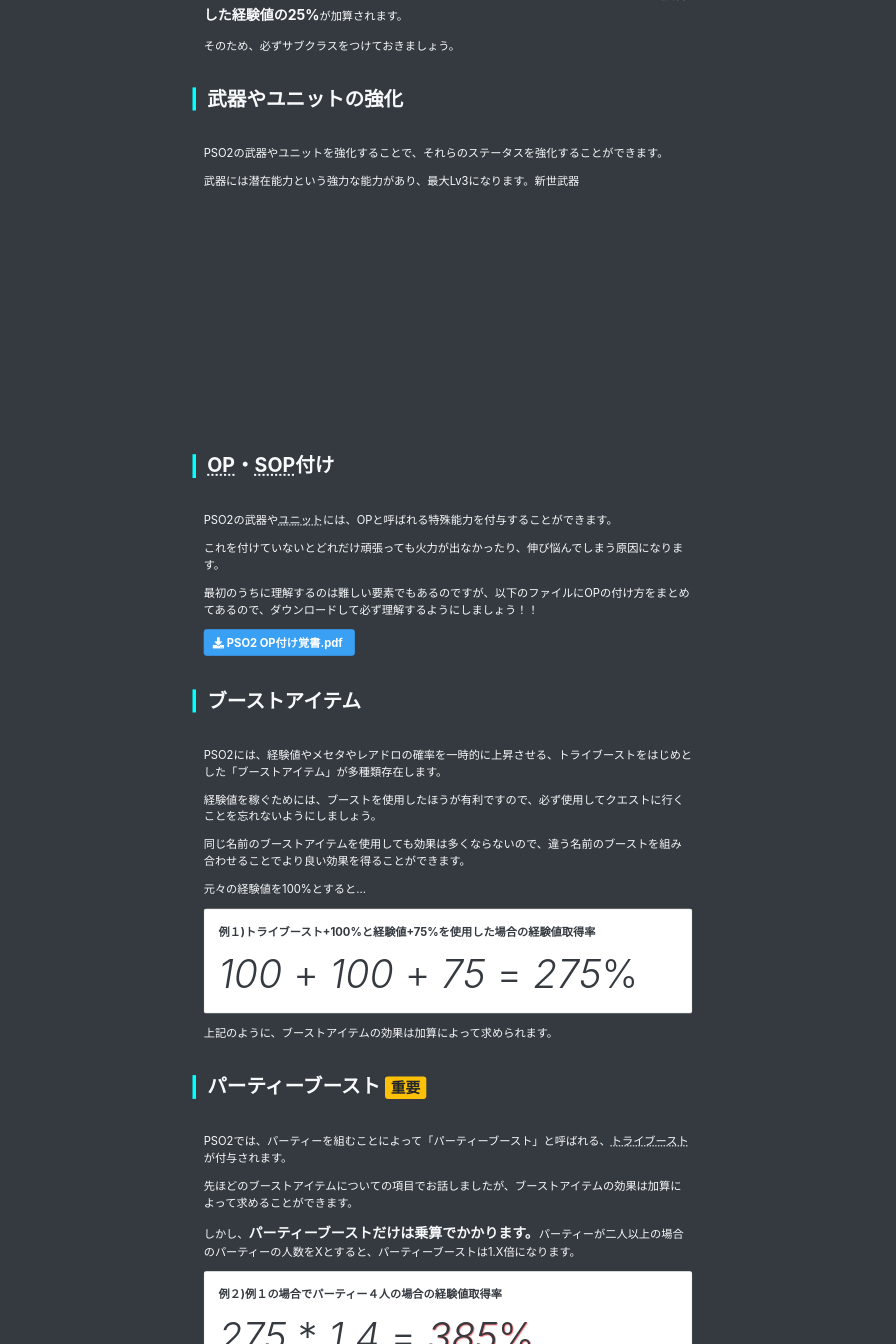
Repository: milkyahonpo/Website_source
Page: docs/capture.html
The author's editor kept a copy of each file at every save. The page is drawn from the files as they stood at one save, then again after the next save.
The browser window is 1280 px wide. The pictures show the part of the page from y = 2957 to 4877 px (the page is 10240 px tall before and 10264 px after), at 70% of full size.
Pictures or frames that could not be fetched are drawn as grey boxes. Some web libraries are served in a nearby version.

Above is the page before, as saved 2020-02-03 09:56:57.

### docs/capture.html
<!DOCTYPE html>
<html lang="ja">
  <head>
    <!-- Required meta tags -->
    <meta charset="utf-8">
    <meta name="viewport" content="width=device-width, initial-scale=1, shrink-to-fit=no">
    <!-- Bootstrap CSS -->
    <link rel="stylesheet" href="https://stackpath.bootstrapcdn.com/bootstrap/4.3.1/css/bootstrap.min.css" integrity="sha384-ggOyR0iXCbMQv3Xipma34MD+dH/1fQ784/j6cY/iJTQUOhcWr7x9JvoRxT2MZw1T" crossorigin="anonymous">
    <!-- My CSS -->
    <link rel="stylesheet" href="css/capture.css">
    <!-- favicon -->
    <link rel="shortcut icon" href="img/favicon.ico">
    <!-- Font Awesome -->
    <link href="https://use.fontawesome.com/releases/v5.6.1/css/all.css" rel="stylesheet">
    <!-- Google Fonts -->
    <link href="https://fonts.googleapis.com/css?family=Titillium+Web&display=swap" rel="stylesheet">

    <title>みるく屋本舗 - 攻略本 -</title>
  </head>

  <body>
  <!-- Navigation -->
  <nav class="navbar navbar-expand-lg navbar-light fixed-top py-3" id="mainNav">
    <div class="container">
      <a class="navbar-brand" href="index.html">
        <img src="./img/logo.png" width="50" height="50" alt="">
        <b>みるく屋本舗</b>
      </a>
      <button class="navbar-toggler navbar-togglar-right" type="button" data-toggle="collapse" data-target="#navbarResponsive" aria-controls="navbarResponsive" aria-expanded="false" aria-label="Toggle navigation">
        <span class="navbar-toggler-icon"></span>
      </button>
      <div class="collapse navbar-collapse" id="navbarResponsive">
        <ul class="navbar-nav ml-auto my-2 my-lg-0">
          <li class="nav-item">
            <a class="nav-link js-scroll-trigger" href="#basic">基礎知識</a>
          </li>
          <li class="nav-item">
            <a class="nav-link js-scroll-trigger" href="#lv1-50">Lv01～Lv50</a>
          </li>
          <li class="nav-item">
            <a class="nav-link js-scroll-trigger" href="#lv51-75">Lv51～Lv75</a>
          </li>
          <li class="nav-item">
            <a class="nav-link js-scroll-trigger" href="#lv76-80">Lv76～Lv80</a>
          </li>
          <li class="nav-item">
            <a class="nav-link js-scroll-trigger" href="#lv81-90">Lv81～Lv90</a>
          </li>
        </ul>
      </div>
    </div>
  </nav>
  <!-- About Section -->
  <section class="page-section h-100 bg-dark text-light">
    <div class="container h-100">
      <div class="row h-100 justify-content-center align-items-center">
        <div class="col-lg-8">
          <h2 class="display-1 mt-0 font-weight-bold text-center"><span style="color: cyan;">攻</span>略本</h2>
          <hr class="divider my-4">
          <p class="lead text-center">チムメンに役立つ育成情報を掲載します！</p>
          <p class="text-center"><small>最終更新 : 2020/01/23</small></p>
        </div>
      </div>
    </div>
  </section>

  <div class="page-section bg-dark text-light">
    <div class="container">
      <div class="row py-5 justify-content-center" id="basic">
        <div class="col-md-8">
          <h2 class="font-weight-bold">基礎知識</h2>
          <h3 class="my-5 pl-3"><strong class="font-weight-bold">メインクラスとサブクラス</strong></h3>
          <div class="px-3">
            <div>
              PSO2には「メインクラス」と「サブクラス」があります。
              <ul>
                <li>「メインクラス」装備できる武器に影響するクラス</li>
                <li>「サブクラス」一部のスキルとステータスの影響を受けるクラス<br>
              </ul>
              以下にクラス一覧と、その装備できる武器について示します。
            </div>
            <p class="alert alert-info">ガンスラッシュはどのクラスでも使用することができます。</p>
            <h4>通常クラス</h4>
            <table class="table table-striped table-hover my-3 table-dark">
              <tr><th>アイコン</th><th>クラス名</th><th>略称</th><th>装備できる武器</th></tr>
              <tr><td><img class="img-thumbnail" src="img/Hu.png"　style="display: inline-block" width="50px" height="auto"></td><td><a href="https://pso2.swiki.jp/index.php?%E3%83%8F%E3%83%B3%E3%82%BF%E3%83%BC">ハンター</a></td><td>Hu</td><td><ul><li>ソード</li><li>ワイヤードランス</li><li>パルチザン</li></ul></td></tr>
              <tr><td><img class="img-thumbnail" src="img/Fi.png"　style="display: inline-block" width="50px" height="auto"></td><td><a href="https://pso2.swiki.jp/index.php?%E3%83%95%E3%82%A1%E3%82%A4%E3%82%BF%E3%83%BC">ファイター</a></td><td>Fi</td><td><ul><li>ツインダガー</li><li>ダブルセイバー</li><li>ナックル</li></ul></td></tr>
              <tr><td><img class="img-thumbnail" src="img/Ra.png"　style="display: inline-block" width="50px" height="auto"></td><td><a href="https://pso2.swiki.jp/index.php?%E3%83%AC%E3%83%B3%E3%82%B8%E3%83%A3%E3%83%BC">レンジャー</a></td><td>Ra</td><td><ul><li>ランチャー</li><li>アサルトライフル</li></ul></td></tr>
              <tr><td><img class="img-thumbnail" src="img/Gu.png"　style="display: inline-block" width="50px" height="auto"></td><td><a href="https://pso2.swiki.jp/index.php?%E3%82%AC%E3%83%B3%E3%83%8A%E3%83%BC">ガンナー</a></td><td>Gu</td><td><ul><li>ツインマシンガン</li><li>アサルトライフル</li></ul></td></tr>
              <tr><td><img class="img-thumbnail" src="img/Fo.png"　style="display: inline-block" width="50px" height="auto"></td><td><a href="https://pso2.swiki.jp/index.php?%E3%83%95%E3%82%A9%E3%83%BC%E3%82%B9">フォース</a></td><td>Fo</td><td><ul><li>ロッド</li><li>タリス</li></ul></td></tr>
              <tr><td><img class="img-thumbnail" src="img/Te.png"　style="display: inline-block" width="50px" height="auto"></td><td><a href="https://pso2.swiki.jp/index.php?%E3%83%86%E3%82%AF%E3%82%BF%E3%83%BC">テクター</a></td><td>Te</td><td><ul><li>ウォンド</li><li>タリス</li></ul></td></tr>
              <tr><td><img class="img-thumbnail" src="img/Br.png"　style="display: inline-block" width="50px" height="auto"></td><td><a href="https://pso2.swiki.jp/index.php?%E3%83%96%E3%83%AC%E3%82%A4%E3%83%90%E3%83%BC">ブレイバー</a></td><td>Br</td><td><ul><li>カタナ</li><li>バレットボウ</li></ul></td></tr>
              <tr><td><img class="img-thumbnail" src="img/Bo.png"　style="display: inline-block" width="50px" height="auto"></td><td><a href="https://pso2.swiki.jp/index.php?%E3%83%90%E3%82%A6%E3%83%B3%E3%82%B5%E3%83%BC">バウンサー</a></td><td>Bo</td><td><ul><li>ジェットブーツ</li><li>デュアルブレード</li></ul></td></tr>
              <tr><td><img class="img-thumbnail" src="img/Su.png"　style="display: inline-block" width="50px" height="auto"></td><td><a href="https://pso2.swiki.jp/index.php?%E3%82%B5%E3%83%A2%E3%83%8A%E3%83%BC">サモナー</a></td><td>Su</td><td><ul><li>タクト</li></ul></td></tr >
            </table>
            <div class="my-5">
              <p>これらの通常クラスのいずれか２つをレベル75にすることで選択可能になる<strong class="lead font-weight-bold">「後継クラス」</strong>というものがあります。</p>
              <p>後継クラスは現状で３つあり、ファントムとエトワールはサブクラスとしてセットすることができますが、メインクラスとして使う場合、<strong class="lead font-weight-bold">全てサブクラスをセットすることができません。</strong>その代わりに、各クラス特徴のある強力なクラススキルを有しており、非常に優秀なクラスとなっています。</p>
            </div>
            <h4>後継クラス</h4>
            <table class="table table-striped table-hover my-3 table-dark">
              <tr><th>アイコン</th><th>クラス名</th><th>略称</th><th>装備できる武器</th></tr>
              <tr><td><img class="img-thumbnail" src="img/Hr.png"　style="display: inline-block" width="50px" height="auto"></td class="align-items-center"><td><a href="https://pso2.swiki.jp/index.php?%E3%83%92%E3%83%BC%E3%83%AD%E3%83%BC">ヒーロー</a></td><td>Hr</td><td><ul><li>ソード</li><li>ツインマシンガン</li><li>タリス</li></ul></td></tr>
              <tr><td><img class="img-thumbnail" src="img/Ph.png"　style="display: inline-block" width="50px" height="auto"></td><td><a href="https://pso2.swiki.jp/index.php?%E3%83%95%E3%82%A1%E3%83%B3%E3%83%88%E3%83%A0">ファントム</a></td><td>Ph</td><td><ul><li>カタナ</li><li>アサルトライフル</li><li>ロッド</li></td></tr>
              <tr><td><img class="img-thumbnail" src="img/Et.png"　style="display: inline-block" width="50px" height="auto"></td><td><a href="https://pso2.swiki.jp/index.php?%E3%82%A8%E3%83%88%E3%83%AF%E3%83%BC%E3%83%AB">エトワール</a></td><td>Et</td><td><ul><li>ダブルセイバー</li><li>デュアルブレード</li><li>ウォンド</li></td></tr>
            </table>
            <p>「メインクラス」は、当然ですが入手した経験値の100%が加算されます。</p>
            <p>「サブクラス」も、セットしておくだけでサブクラスがレベル70までは<strong class="lead font-weight-bold">メインクラスが獲得した経験値の25%</strong>が加算されます。</p>
            <p>そのため、必ずサブクラスをつけておきましょう。</p>
          </div>
          <h3 class="my-5 pl-3"><strong class="font-weight-bold">武器やユニットの強化</strong></h3>
          <div class="px-3">
            <p>PSO2の武器やユニットを強化することで、それらのステータスを強化することができます。</p>
            <p>武器には潜在能力という強力な能力があり、最大Lv3になります。新世武器</p>
            <div class="movie-box">
              <iframe width="560" height="315" src="https://www.youtube-nocookie.com/embed/dSWcW5Sa8bw" frameborder="0" allow="accelerometer; autoplay; encrypted-media; gyroscope; picture-in-picture" allowfullscreen></iframe>
            </div>
          </div>
          <h3 class="my-5 pl-3"><strong class="font-weight-bold"><abbr title="特殊能力(DL先のファイルに詳細)">OP</abbr>・<abbr title="S級特殊能力(DL先のファイルに詳細)">SOP</abbr>付け</strong></h3>
          <div class="px-3">
            <p>PSO2の武器や<abbr title="防具のこと">ユニット</abbr>には、OPと呼ばれる特殊能力を付与することができます。</p>
            <p>これを付けていないとどれだけ頑張っても火力が出なかったり、伸び悩んでしまう原因になります。</p>
            <p>最初のうちに理解するのは難しい要素でもあるのですが、以下のファイルにOPの付け方をまとめてあるので、ダウンロードして必ず理解するようにしましょう！！</p>
            <a class="text-decoration-none" href="./document/PSO2 OP付け覚書.pdf" download="PSO2 OP付け覚書.pdf">
              <button class="btn btn-primary">
                <span class="text-decoration-none"><i class="fas fa-download"></i><b class="px-1">PSO2 OP付け覚書.pdf</b></span>
              </button>
            </a>
          </div>
          <h3 class="my-5 pl-3"><strong class="font-weight-bold">ブーストアイテム</strong></h3>
          <div class="px-3">
            <p>PSO2には、経験値やメセタやレアドロの確率を一時的に上昇させる、トライブーストをはじめとした「ブーストアイテム」が多種類存在します。</p>
            <p>経験値を稼ぐためには、ブーストを使用したほうが有利ですので、必ず使用してクエストに行くことを忘れないようにしましょう。</p>
            <p>同じ名前のブーストアイテムを使用しても効果は多くならないので、違う名前のブーストを組み合わせることでより良い効果を得ることができます。</p>
            <p>元々の経験値を100%とすると...</p>
            <div class="card mb-3 text-dark">
              <div class="card-body">
              <p><b>例１)トライブースト+100%と経験値+75%を使用した場合の経験値取得率</b></p>
              <strong class="my-1 display-4"><var>100</var> + <var>100</var> + <var>75</var> = <var>275</var>%</strong>
              </div>
            </div>
            <p>上記のように、ブーストアイテムの効果は加算によって求められます。</p>
          </div>
          <h3 class="my-5 pl-3"><strong class="font-weight-bold">パーティーブースト </strong><span class="badge badge-warning">重要</span></h3>
          <div class="px-3">
            <p>PSO2では、パーティーを組むことによって「パーティーブースト」と呼ばれる、<abbr title="略称「トラブ」 メセタ、レアドロ、経験値獲得量UP">トライブースト</abbr>が付与されます。</p>
            <p>先ほどのブーストアイテムについての項目でお話しましたが、ブーストアイテムの効果は加算によって求めることができます。</p>
            <p>しかし、<strong class="lead font-weight-bold">パーティーブーストだけは乗算でかかります。</strong>パーティーが二人以上の場合のパーティーの人数をXとすると、パーティーブーストは1.X倍になります。</p>
            <div class="card mb-3 text-dark">
              <div class="card-body">
              <p><b>例２)例１の場合でパーティー４人の場合の経験値取得率</b></p>
              <strong class="my-1 display-4"><var>275</var> * <var>1.4</var> = <span class="enh"><var>385</var>%</span></strong><br>
              </div>
            </div>
            <p>絶対に４人パーティーで行きましょう！</p>
          </div>
          <h3 class="my-5 pl-3"><strong class="font-weight-bold">PSO2の日(毎月2日 +プレミアムは22日)</strong></h3>
          <div class="px-3">
            <p>この日だけは、終日トライブースト+100%が標準で付きます。</p>
            <p>この日にレベルアップクエストを全力で周回しましょう！</p>
            <p>また、ボーナスキー東京・金ももらえますので、必ずログインしましょう！</p>
          </div>
          <h3 class="my-5 pl-3"><strong class="font-weight-bold">プレミアムアカウント </strong><span class="badge badge-warning">重要</span></h3>
          <div class="px-3">
            <p>プレミアムアカウントだと、その期間は常にトライブースト+50%が付与されます。</p>
            <p>また、プレミアムアカウントだとプレミアムドリンクを飲むことができ、確定で経験値UPの効果を得られるドリンクを飲むことができます！</p>
            <p>一応ノーマルアカウントでもランダムで出ますが、そちらは+10%でこちらは+15%なので、地味にありがたいことであったりします。</p>
            <p>その他多くのメリットがあり、非常におすすめです。詳細は以下からご確認ください。</p>
            <a href="http://pso2.jp/players/manual/preparations/ac/#sys-manual-513"><button class="btn btn-primary"><i class="fas fa-question-circle"></i> プレミアムアカウントについて</button></a>
          </div>
        </div>
      </div>
      <div class="row py-5 justify-content-center" id="lv1-50">
        <div class="col-lg-8">
          <h2><b>Lv01～50</b></h2>
          <h3 class="my-5 pl-3"><strong class="font-weight-bold">クエストに行かない！</strong></h3>
          <div class="px-3">
            <p>それが大事です。ひたすらに。</p>
            <p>理由としては、難易度的にも効率的にも、経験値がおいしくないからです。</p>
            <p>初心者として始めた時点だと、倉庫に「経験値獲得チケット」が眠っているので、まずはそれを使ってドシドシとレベルを上げていきましょう！</p>
            <p>１レベル上がるのに必要な経験値が一気に上がるのは41レベル以降なので、そこまでは一気に上がっていくはずです。</p>
            <p><strong class="lead font-weight-bold">しかし！！</strong>以下の注意点があります...</p>
          </div>
          <h3 class="my-5 pl-3"><strong class="font-weight-bold">レベル制限解除試練・Ⅰ<span class="mx-3">or</span>Ⅱ</strong></h3>
          <div class="px-3">
            <p><strong class="lead font-weight-bold">ゲートエリアのNPCコフィーのクライアントオーダー</strong>から、Ⅰはクラスレベル20、Ⅱはクラスレベル35になると受けることができます。</p>
            <p>このオーダーをクリアしておかないと、レベル30とレベル40の時点で<abbr title="レベルがそれ以上上がらない状態になること">レベルキャップ</abbr>を迎えてしまいます。そうなると経験値チケットを使用しても無駄になるだけなので、しっかりと解放しておきましょう！</p>
          </div>
        </div>
      </div>
      <div class="row py-5 justify-content-center" id="lv51-75">
        <div class="col-lg-8">
          <h2 class="mb-5"><b>Lv51～75</b></h2>
          <h3 class="my-5 pl-3"><strong class="font-weight-bold">ボーナスキー</strong></h3>
          <div class="px-3">
            <p><strong class="lead font-weight-bold">ここまで取っておいた君！よく我慢した！！！</strong></p>
            <p>ボーナスキーは有効期限がありますので、ここらで使うのも手ではないでしょうか。</p>
            <p>しかし、ボーナスクエストは、自身の現在のレベルに比例して取得できる経験値量が増加します。</p>
            <p>自身のレベルが80になると、取得できる経験値量の変動が頭打ちになるので、そこで使うのがもっとも効率が良い方法になります。</p>
            <p><strong class="lead font-weight-bold">PSO2の日はボーナスクエストにも経験値+100%がつく</strong>ので、期限がもつならその時に行きましょう！</p>
          </div>
          <h3 class="my-5 pl-3"><strong class="font-weight-bold">暗影渦巻く壊れた世界SH </strong><span class="badge badge-warning">重要</span></h3>
          <div class="px-3">
            <p>これより経験値がおいしいクエストは、他にはボーナスキーしかないレベルです。</p>
            <p>圧倒的経験値効率を誇るクエストなので、レベリングには必ず行きましょう！</p>
            <p><strong class="lead font-weight-bold">レベルアップクエストの仕様上、5日周期で1日来る</strong>ので必ずチェックしておきましょう。</p>
          </div>
          <h3 class="my-5 pl-3"><strong class="font-weight-bold">クラスごとの<abbr title="スキルポイント スキルツリーのスキルを取得するために必要になる レベル1UPごとに1SP">SP</abbr>取得クライアントオーダー </strong><span class="badge badge-warning">重要</span></h3>
          <div class="px-3">
            <p>レベル75になると、クラスキューブというアイテムを渡すことによって、クラスごとにSPを獲得できるクライアントオーダーが解放されます。</p>
            <p>クラスキューブとは、ハンターであれば「Huエクスキューブ」といったような、クラスの略称がついたアイテムになります。</p>
            <p>全てのクラス共通で、最初は1個、次は2個、3個、4個と要求数が増えていき、全4つのオーダーで合計10個のクラスキューブが必要になります。</p>
            <p><strong class="lead font-weight-bold">ゲートエリアのNPCシロナの「トレジャーショップ」</strong>から、SGまたはメセタを使用してクラスキューブを購入することができます。売っているクラスキューブは日替わりなので、自分の欲しいクラスキューブが陳列された時に購入しましょう！</p>
            <p>また、レベル90のレベルキャップに到達した状態でレベルアップすることで、そのクラスのクラスキューブを<strong class="lead font-weight-bold">レベルアップごとに７個</strong>取得することができます。</p>
          </div>
        </div>
      </div>
          <!--
          <h3 class="my-5 pl-3"><strong class="font-weight-bold">レベル75制限解除試験・○○ </strong><span class="badge badge-info">後継クラスのみ</span></h3>
          <p>レベル75制限解除試験とは、その名の通りレベル75のレベルキャップを解放するクライアントオーダーです。</p>
          <p>これまでもレベル30の時点やレベル40の時点にも存在したものと同じになります。</p>
          <p>このレベルキャップ解放はクラスごとにクリアする必要があります。</p>
          <p>条件は、<br>
          <strong class="lead font-weight-bold">「<abbr title="ガンスラッシュは対象外です">メインクラスで装備できる武器種</abbr>の☆13以上を+35まで強化する」</strong><br>
          というものになります。</p>
          <p><strong class="lead font-weight-bold">ゲートエリアのNPCプリンの「コレクトシート」</strong>で、☆13武器の+35をゲットするだけで達成することができます。</p>
          <p>コレクトシートとは、数あるアイテムの中から自身が欲しいアイテムを選択し、そのアイテムのシートを入手したのちに、シート中に記載されている必要項目を全達成することで対象のアイテムが入手できるというものです。</p>
          <p>それぞれの項目に指定された条件を達成すると項目のゲージが上昇していき、ゲージが最大になった時にドロップするアイテムを入手することで項目が達成されます。</p>
          <p>基本的にコレクトシートの項目の条件は、入手した時点で開催されている緊急クエストや期間限定クエストで達成できるものが設定されているので、どんどん参加しましょう！</p>
          -->

      <div class="row py-5 justify-content-center" id="lv76-80">
        <div class="col-lg-8">
          <h2 class="mb-5"><b>Lv76～80</b></h2>
          <h3 class="my-5 pl-3"><strong class="font-weight-bold">必要経験値の異常なまでの上昇 </strong><span class="badge badge-danger">難関</span></h3>
          <p><strong class="lead font-weight-bold">今までとは比べ物にならないくらいにレベルが上がらなくなってきます。</strong></p>
          <p>ただ、昔のPSO2と比較したら今はボーナスキーもあり、レベルアップクエストなんてものもあり、
          そのうえPSO2の日では経験値+100%で、プレミアムなら毎日トライブースト+50%もつくだって！？</p>
          <strong class="lead font-weight-bold">めげずに頑張りましょう！私たちがついています！</strong>

          <h3 class="my-5 pl-3"><strong class="font-weight-bold">ボーナスキー </strong></h3>
          <p>それはここでも同じです。</p>
          <p>PSO2で経験値が一番おいしいクエストは間違いなくボーナスキー！</p>
          <p>手に入れたらPSO2の日をねらって絶対に行きましょう！</p>
          <p>(ブーストアイテムを忘れずにね！)</p>

          <h3 class="my-5 pl-3"><strong class="font-weight-bold">暗影渦巻く壊れた世界XH </strong><span class="badge badge-success">更新時点 推奨</span></h3>
          <p>現状最強武器の「リバレイト〇〇」という武器の入手にはクラスキューブが必要になります。</p>
          <p>また、2020/02/05まで開催されている<a href="http://pso2.jp/players/event/newyear2020/">SPACE MAGATSU DESTROYERS</a>の個人ポイント獲得はこの暗影でもためることができ、暗影は1周2分で周回できるので非常に高効率となっています。(本来あってはならないことかもしれませんが...)</p>
          <p>以上の理由から、現時点では高レベルのプレイヤーも暗影を周回しており、人がすぐに集まることも多いため、以下に記載してあるSHを周回するよりも圧倒的に高効率でレベルアップすることができます。</p>

          <h3 class="my-5 pl-3"><strong class="font-weight-bold">暗影渦巻く壊れた世界SH </strong><span class="badge badge-secondary">更新時点 非推奨</span></h3>
          <p>「え？なんでまだこの段階でもXH行かないの？」</p>
          <p>そう思う方も多いことでしょう。</p>
          <p>試しにXHに行ってみた方はわかると思いますが、
          <strong class="lead font-weight-bold">クエストに12人いることのほうが少ないです。</strong></p>
          <p>理由はSHとXHの受注可能なレベル帯の差にあります。</p>
          <p>SHはレベル50から受注可能で、XHには、メインサブの双方を75まで上げないと行けません。</p>
          <p>なので、SHを回るのは、75-50=レベル25分の幅の方で、
          なおかつメインはレベル75であってもサブはまだという方も含まれます。</p>
          <p>それに対してXHはレベル75から受注可能で、最大はレベル90です。</p>
          <p>なので、XHを回るのは、90-75=レベル15分の幅の方で、
          なおかつメインサブ双方が75以上である方です。</p>
          <p>それゆえに、暗影で人数が集まるのは必然的にSHとなるわけです。</p>
          <p>人数が集まるということは、パーティーが組めるのでブーストがのる。</p>
          <p><strong class="lead font-weight-bold">そういうことです！</strong></p>

          <h3 class="my-5 pl-3"><strong class="font-weight-bold">クラスごとのSP取得クライアントオーダー </strong></h3>
          <p>Lv51～75で前述のとおりです。</p>
          <p>もしもレベル75の時点でやっていなかったのであれば、必ずここで済ませてしまいましょう！</p>

          <!--
          <h3 class="my-5 pl-3"><strong class="font-weight-bold">レベル80制限解除試験・○○ </strong></h3>
          <p>「またレベルキャップか・・・」</p>
          <p>安心してください。今回のは<b>めちゃくちゃ簡単</b>です。</p>
          <p>レベルを75にした時点で称号報酬でもらっていた、３つの<strong class="lead font-weight-bold">「サブ／ステラウォール」</strong>というユニット。</p>
          <p>若しくは、ここまで暗影を周回している人なら持っているであろう「ウェポンズバッジ2019」。</p>
          <p>それとバッジ交換ショップで交換できる☆12ユニットの、</p>
          <p><strong class="lead font-weight-bold">「リア／サーキュレイ」、「アーム／サーカレイ」、「レッグ／サークレイ」</strong>。</p>
          <p>そのどちらかのシリーズを全て+10にしてから装備して話しかけるだけで達成できます。</p>
          <p>ユニットの強化は、武器と比較してものすごく簡単なので、
          強化値+7までは補助アイテム何も無しで上げていき、
          +8以降は、「強化成功率+5%」と「強化リスク軽減(+1)」を使用して上げていくだけで十分です。</p>
          <p>もっていないのであれば、どちらも非常に安価にマイショップで販売していますので、
          どんどん上げて、ぱぱっと報告してしまいましょう！</p>
          -->
        </div>
      </div>
      <div class="row py-5 justify-content-center" id="lv81-90">
        <div class="col-lg-8">
          <h2 class="mb-5"><b>Lv81～90</b></h2>
          <h3 class="my-5 pl-3 display-4"><font color="orange">気合 <i class="fas fa-exclamation"></i></font></h3>
          <p>今までの知識をすべて駆使してレベルを上げていきましょう。</p>
          <p>ブースト、ボーナスキー、暗影...</p>
          <p><b style="font-size: 20px">頂上はもうすぐです！</b></p>
        </div>
      </div>
    </div>
  </div>
</section>
  <!-- Footer -->
  <footer class="bg-light py-5">
    <div class="container">
      <div class="small text-center text-muted">※当サイトの一部の掲載画像等に関する権利は、株式会社セガゲームズに帰属しています。</div>
      <div class="small text-center text-muted">Copyright &copy; 2019 - MYH / SEGA PHANTASY STAR ONLINE 2</div>
    </div>
  </footer>

  <!-- Bootstrap core JavaScript -->
  <script src="vendor/jquery/jquery.min.js"></script>
  <script src="vendor/bootstrap/js/bootstrap.bundle.min.js"></script>

  <!-- Plugin JavaScript -->
  <script src="vendor/jquery-easing/jquery.easing.min.js"></script>
  <script src="vendor/magnific-popup/jquery.magnific-popup.min.js"></script>

  <!-- Custom scripts for this template -->
  <script src="js/creative.min.js"></script>

    <!-- Optional JavaScript -->
    <!-- jQuery first, then Popper.js, then Bootstrap JS -->
    <script src="https://code.jquery.com/jquery-3.3.1.slim.min.js" integrity="sha384-q8i/X+965DzO0rT7abK41JStQIAqVgRVzpbzo5smXKp4YfRvH+8abtTE1Pi6jizo" crossorigin="anonymous"></script>
    <script src="https://cdnjs.cloudflare.com/ajax/libs/popper.js/1.14.7/umd/popper.min.js" integrity="sha384-UO2eT0CpHqdSJQ6hJty5KVphtPhzWj9WO1clHTMGa3JDZwrnQq4sF86dIHNDz0W1" crossorigin="anonymous"></script>
    <script src="https://stackpath.bootstrapcdn.com/bootstrap/4.3.1/js/bootstrap.min.js" integrity="sha384-JjSmVgyd0p3pXB1rRibZUAYoIIy6OrQ6VrjIEaFf/nJGzIxFDsf4x0xIM+B07jRM" crossorigin="anonymous"></script>
  </body>
</html>

### docs/js/creative.min.js
/*!
 * Start Bootstrap - Creative v5.1.6 (https://startbootstrap.com/template-overviews/creative)
 * Copyright 2013-2019 Start Bootstrap
 * Licensed under MIT (https://github.com/BlackrockDigital/startbootstrap-creative/blob/master/LICENSE)
 */

!function (e) { "use strict"; e('a.js-scroll-trigger[href*="#"]:not([href="#"])').click(function () { if (location.pathname.replace(/^\//, "") == this.pathname.replace(/^\//, "") && location.hostname == this.hostname) { var a = e(this.hash); if ((a = a.length ? a : e("[name=" + this.hash.slice(1) + "]")).length) return e("html, body").animate({ scrollTop: a.offset().top - 72 }, 1e3, "easeInOutExpo"), !1 } }), e(".js-scroll-trigger").click(function () { e(".navbar-collapse").collapse("hide") }), e("body").scrollspy({ target: "#mainNav", offset: 75 }); function a() { 100 < e("#mainNav").offset().top ? e("#mainNav").addClass("navbar-scrolled") : e("#mainNav").removeClass("navbar-scrolled") } a(), e(window).scroll(a)/*, e("#portfolio").magnificPopup({ delegate: "a", type: "image", tLoading: "Loading image #%curr%...", mainClass: "mfp-img-mobile", gallery: { enabled: !0, navigateByImgClick: !0, preload: [0, 1] }, image: { tError: '<a href="%url%">The image #%curr%</a> could not be loaded.' } })*/ }(jQuery);

Loaded but not shown: docs/css/capture.css (library); docs/vendor/jquery/jquery.min.js (library); docs/vendor/bootstrap/js/bootstrap.bundle.min.js (library); docs/vendor/jquery-easing/jquery.easing.min.js (common file); docs/vendor/magnific-popup/jquery.magnific-popup.min.js (library)

After the next save:
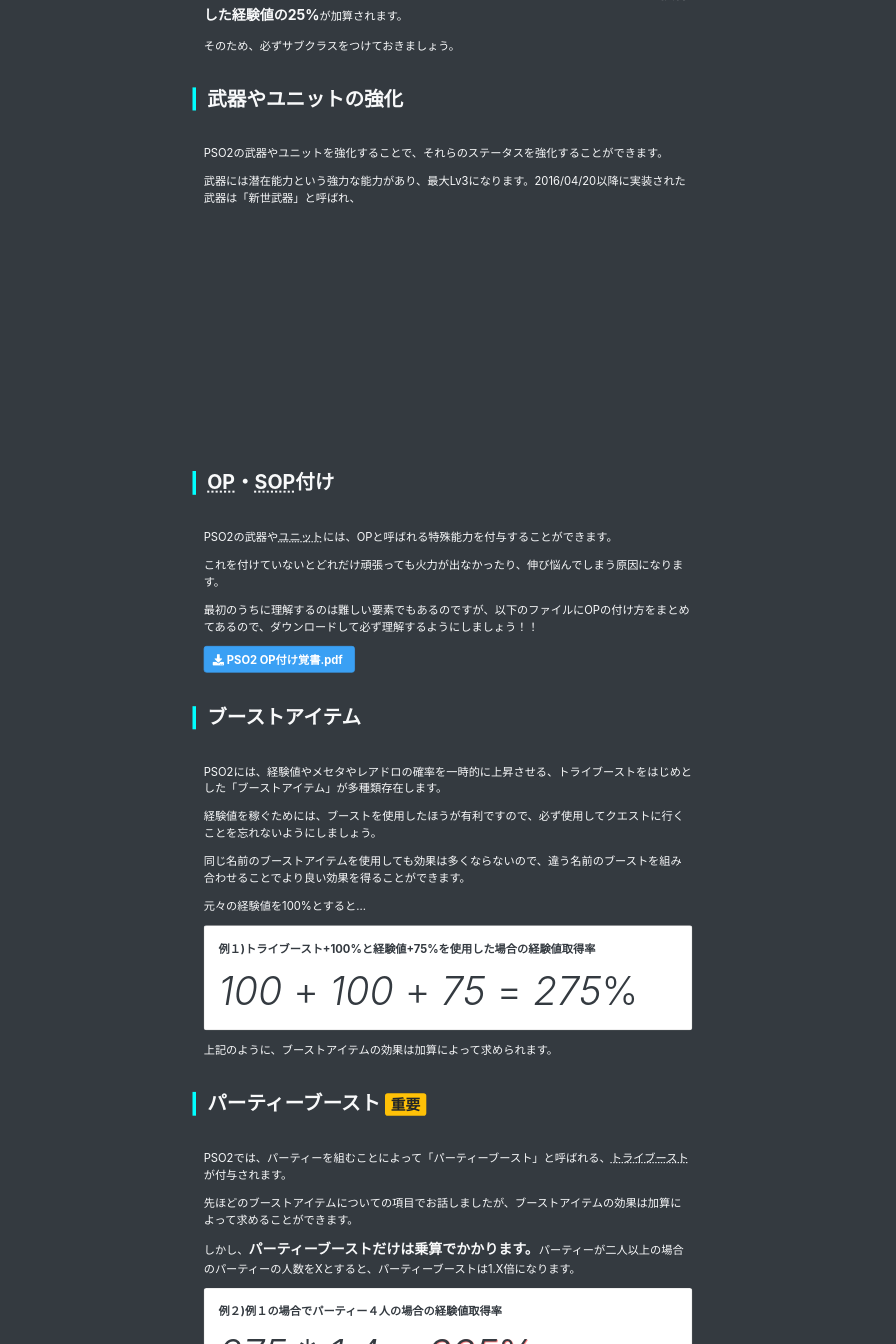
Saved 71 s later.
--- a/docs/capture.html
+++ b/docs/capture.html
@@ -111,7 +111,7 @@
           <h3 class="my-5 pl-3"><strong class="font-weight-bold">武器やユニットの強化</strong></h3>
           <div class="px-3">
             <p>PSO2の武器やユニットを強化することで、それらのステータスを強化することができます。</p>
-            <p>武器には潜在能力という強力な能力があり、最大Lv3になります。新世武器</p>
+            <p>武器には潜在能力という強力な能力があり、最大Lv3になります。2016/04/20以降に実装された武器は「新世武器」と呼ばれ、</p>
             <div class="movie-box">
               <iframe width="560" height="315" src="https://www.youtube-nocookie.com/embed/dSWcW5Sa8bw" frameborder="0" allow="accelerometer; autoplay; encrypted-media; gyroscope; picture-in-picture" allowfullscreen></iframe>
             </div>
